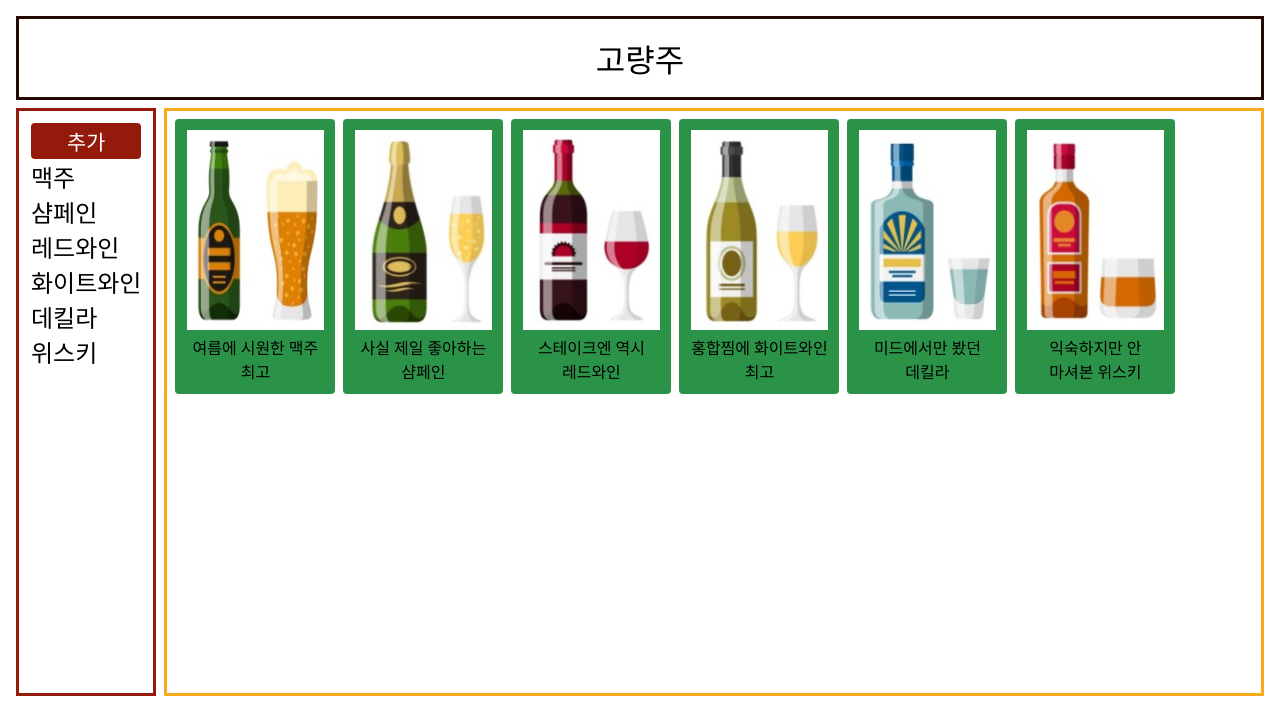
Repository: Jay-JYKim91/grj_2nd_week
Page: index.html
An editor plug-in stored every save of this project. The page is shown before and after the next save, followed by the edit.
The browser window is 1280 px wide. The pictures show the whole page.
The pointer rests on the first visible `#addBtn`.
Some web fonts or font styles are not loaded; a fallback is used.

Above is the page before, as saved 2022-05-16 16:28:27.

After the next save:
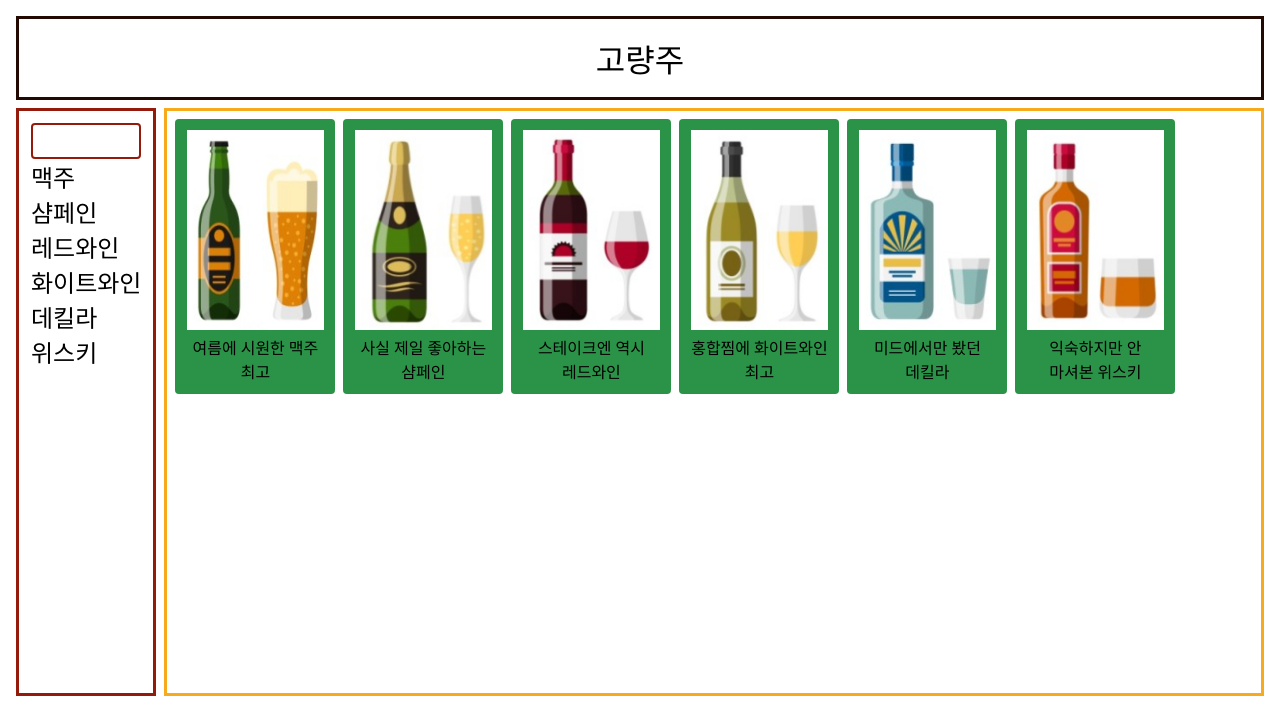
Saved 26 s later.
--- a/styles.css
+++ b/styles.css
@@ -46,6 +46,10 @@ aside {
   font-size: 1.3rem;
 }
 
+#addBtn:hover {
+  background-color: white;
+}
+
 .cards {
   display: flex;
   flex-wrap: wrap;
